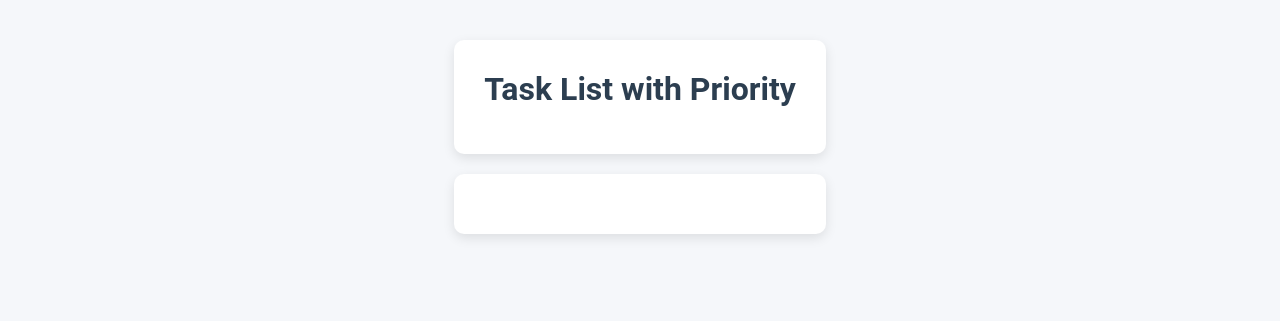
Repository: Lithium87/TaskList
Page: /
The author's editor kept a copy of each file at every save. The page is drawn from the files as they stood at one save, then again after the next save.
The browser window is 1280 px wide. The pictures show the whole page.
The project was rebuilt for these pictures with package versions that can differ from the ones it lists, and the page was loaded fresh each time. Also part of the build but not shown: vite.config.js.

Above is the page before, as saved 2025-07-08 16:04:03.

### src/index.css
/* General app styles */
* {
  box-sizing: border-box;
  margin: 0;
  padding: 0;
}

body {
  font-family: "Roboto", sans-serif;
  background-color: #f5f7fa;
  display: flex;
  justify-content: center;
  align-items: flex-start;
  min-height: 100vh;
  padding: 40px;
  color: #333;
}

.app {
  display: flex;
  flex-direction: column;
  gap: 20px;
  max-width: 500px;
  width: 100%;
}

/* Main container for current tasks and completed tasks */
.task-container,
.completed-task-container {
  position: relative;
  background-color: #ffffff;
  border-radius: 10px;
  box-shadow: 0 4px 12px rgba(0, 0, 0, 0.1);
  padding: 30px;
}

/* Headings */
h1,
h2 {
  color: #2c3e50;
  margin-bottom: 16px;
}

/* Completed Task toggle button */
.completed-header {
  display: flex;
  align-items: center;
  justify-content: space-between;
}

.toggle-button {
  background: none;
  border: none;
  cursor: pointer;
  font-size: 1.2em;
  color: #3498db;
  transition: transform 0.3s ease;
}

.toggle-button.open {
  transform: rotate(180deg);
}

/* Sort buttons container */
.sort-controls {
  display: flex;
  justify-content: start;
  align-items: center;
  gap: 12px;
  margin-bottom: 20px;
}

/* Close/open button for sections */
.close-button {
  background: none;
  border: none;
  font-size: 1.5em;
  font-weight: bold;
  color: #3498db;
  cursor: pointer;
  position: absolute;
  top: 10px;
  right: 16px;
  padding: 0;
  transition: color 0.3s, transform 0.3s ease;
}

.close-button.open {
  transform: rotate(135deg); /* Turns "×" into "+" */
  color: #2980b9;
}

.close-button:hover {
  color: #2980b9;
}

/* Sort buttons */
.sort-button {
  padding: 6px 12px;
  background-color: #3498db;
  border: none;
  color: white;
  font-size: 0.9em;
  font-weight: bold;
  border-radius: 6px;
  cursor: pointer;
  transition: background-color 0.3s;
}

.sort-button.active {
  background-color: #2980b9;
  font-weight: bold;
}

.sort-button:hover {
  background-color: #2980b9;
}

/* Task form styles */
.task-form {
  display: flex;
  flex-direction: column;
  align-items: center;
  margin-bottom: 20px;
  animation: fade-in 0.5s ease-in-out;
}

.task-form input[type="text"],
.task-form select,
.task-form input[type="datetime-local"] {
  margin: 0 0 16px 0;
  padding: 12px;
  border-radius: 8px;
  border: 1px solid #ced4da;
  width: 80%;
  font-size: 1em;
  transition: border 0.3s;
}

.task-form input:focus,
.task-form select:focus,
.task-form input[type="datetime-local"]:focus {
  outline: none;
  border-color: #3498db;
}

.task-form button {
  padding: 12px 24px;
  border: none;
  background-color: #2980b9;
  color: white;
  font-size: 1em;
  font-weight: bold;
  border-radius: 8px;
  cursor: pointer;
  transition: background-color 0.3s, transform 0.2s;
  width: 80%;
}

.task-form button:hover {
  background-color: #2980b9;
  transform: translateY(-2px);
}

/* Task list styles */
.task-list,
.completed-task-list {
  list-style-type: none;
  padding: 0;
  width: 100%;
}

/* Task item styles */
.task-item {
  padding: 15px;
  border-radius: 8px;
  display: flex;
  justify-content: space-between;
  align-items: center;
  margin: 10px 0;
  font-size: 1.1em;
  transition: transform 0.2s, opacity 0.3s;
  animation: fade-in 0.5s ease-in-out;
}

.task-item.high {
  background-color: #f8d7da;
  color: #721c24;
  border-left: 6px solid #f5c6cb;
}

.task-item.medium {
  background-color: #fff3cd;
  color: #856404;
  border-left: 6px solid #ffeeba;
}

.task-item.low {
  background-color: #d4edda;
  color: #155724;
  border-left: 6px solid #c3e6cb;
}

.task-item:hover {
  transform: scale(1.02);
}

.task-info {
  flex: 1;
  text-align: left;
}

/* Date text style */
.task-deadline {
  font-size: 0.85em;
  color: #666;
  margin-top: 5px;
}

/* Buttons container for vertical alignment */
.task-buttons {
  display: flex;
  flex-direction: column;
  gap: 6px;
}

/* Complete button */
.complete-button {
  padding: 6px 10px;
  background-color: #2ecc71;
  border: none;
  color: white;
  border-radius: 6px;
  font-size: 0.85em;
  font-weight: bold;
  cursor: pointer;
  transition: background-color 0.3s, transform 0.2s;
}

.complete-button:hover {
  background-color: #27ae60;
  transform: translateY(-2px);
}

/* Delete button */
.delete-button {
  padding: 6px 10px;
  background-color: #e74c3c;
  border: none;
  color: white;
  border-radius: 6px;
  font-size: 0.85em;
  font-weight: bold;
  cursor: pointer;
  transition: background-color 0.3s, transform 0.2s;
}

.delete-button:hover {
  background-color: #c0392b;
  transform: translateY(-2px);
}

/* Completed task item */
.task-item.completed {
  background-color: #e0f7df;
  color: #155724;
  border-left: 6px solid #a5d6a7;
  opacity: 0.9;
}

/* Animation for completed tasks */
.completed-task-list .task-item {
  animation: fade-in 0.5s ease-in-out;
}

@keyframes fade-in {
  from {
    opacity: 0;
    transform: translateY(-10px);
  }
  to {
    opacity: 1;
    transform: translateY(0);
  }
}

/* Completed task list container with smooth slide-down effect */
.completed-task-list-container {
  overflow: hidden;
  max-height: 0;
  opacity: 0;
  transition: max-height 0.5s ease, opacity 0.5s ease;
}

.completed-task-list-container.open {
  max-height: 500px; /* Adjust as needed */
  opacity: 1;
}

/* Completed task list section */
.completed-task-list,
.task-list {
  margin-top: 20px;
  padding-top: 10px;
  border-top: 2px solid #ddd;
}

.footer {
  text-align: center;
  margin-top: 20px;
  padding: 10px;
  background-color: #f0f0f0;
  font-size: 0.9em;
}

### src/App.jsx
function App () {
  return (
    <div className="app">
      <div className="task-container">
        <h1>Task List with Priority</h1>
      </div>
      <div className="task-container" />
      <div className="completed_task-container" />
    </div>
  );
}

export default App;

Loaded but not shown: src/main.jsx (common file)

After the next save:
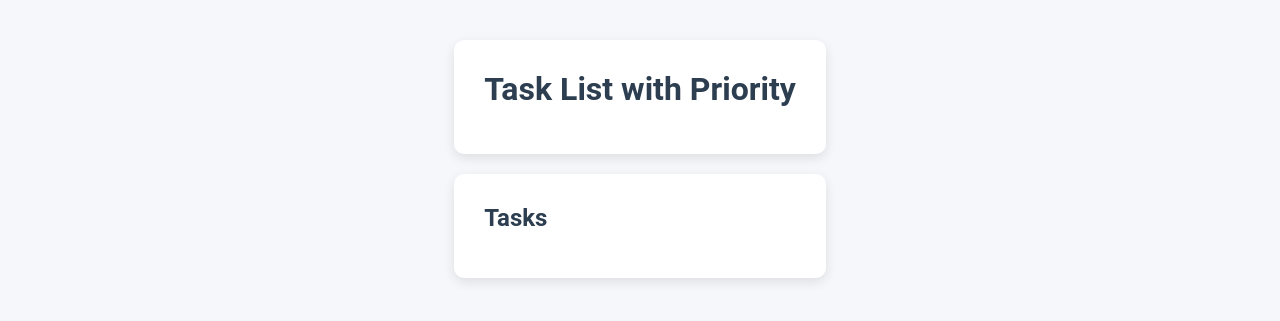
Saved 54 s later.
--- a/src/App.jsx
+++ b/src/App.jsx
@@ -4,7 +4,9 @@ function App () {
       <div className="task-container">
         <h1>Task List with Priority</h1>
       </div>
-      <div className="task-container" />
+      <div className="task-container">
+        <h2>Tasks</h2>
+      </div>
       <div className="completed_task-container" />
     </div>
   );
